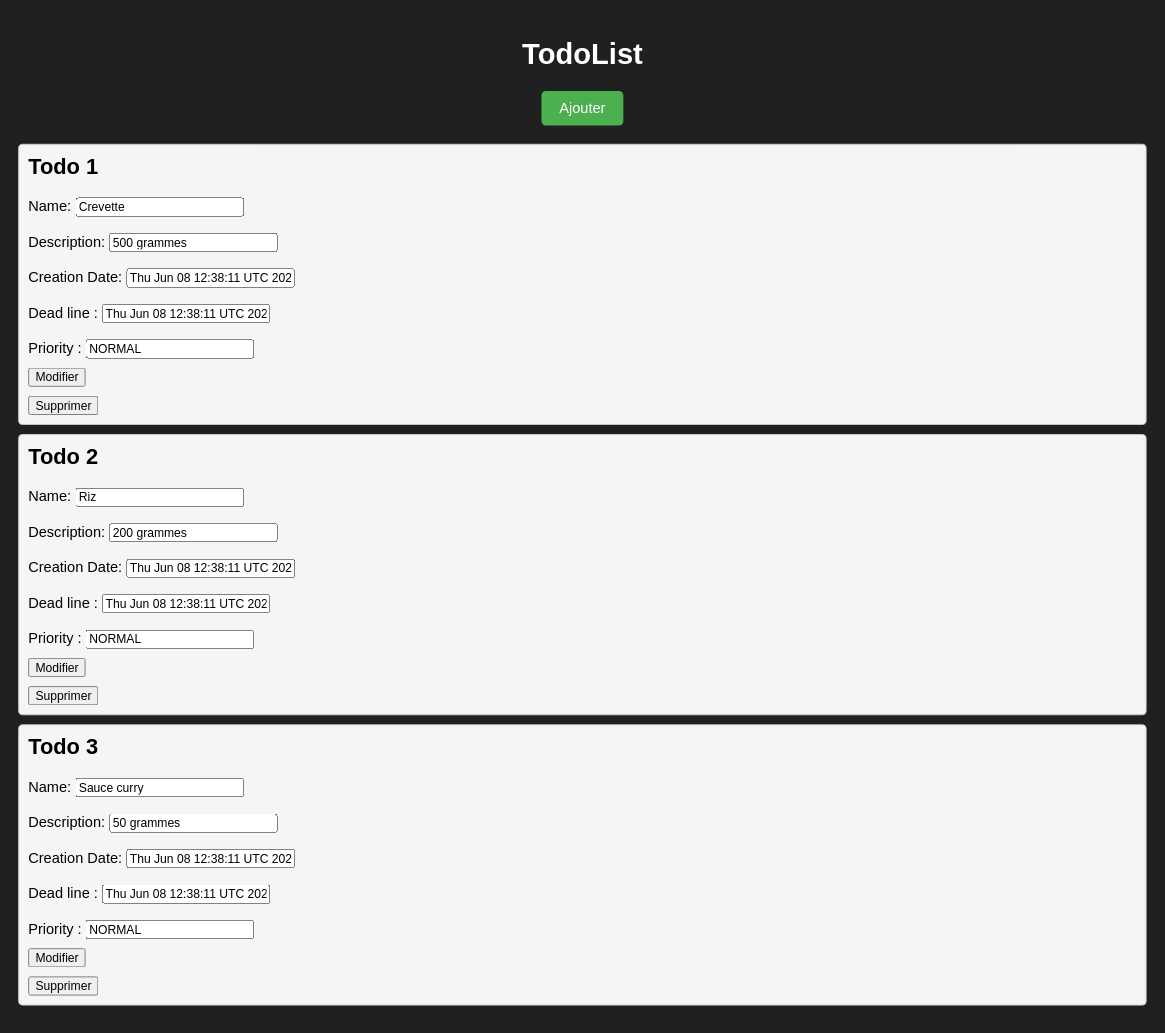
Repository: HugoGit-Hub/TodoList
Page: http://localhost/todo-list/TodoList
The author's editor kept a copy of each file at every save. The page is drawn from the files as they stood at one save, then again after the next save.
The browser window is 1280 px wide. The pictures show the whole page, at 91% of full size.
The page is served by Tomcat 9.

Above is the page before, as saved 2023-06-08 17:18:19.

After the next save:
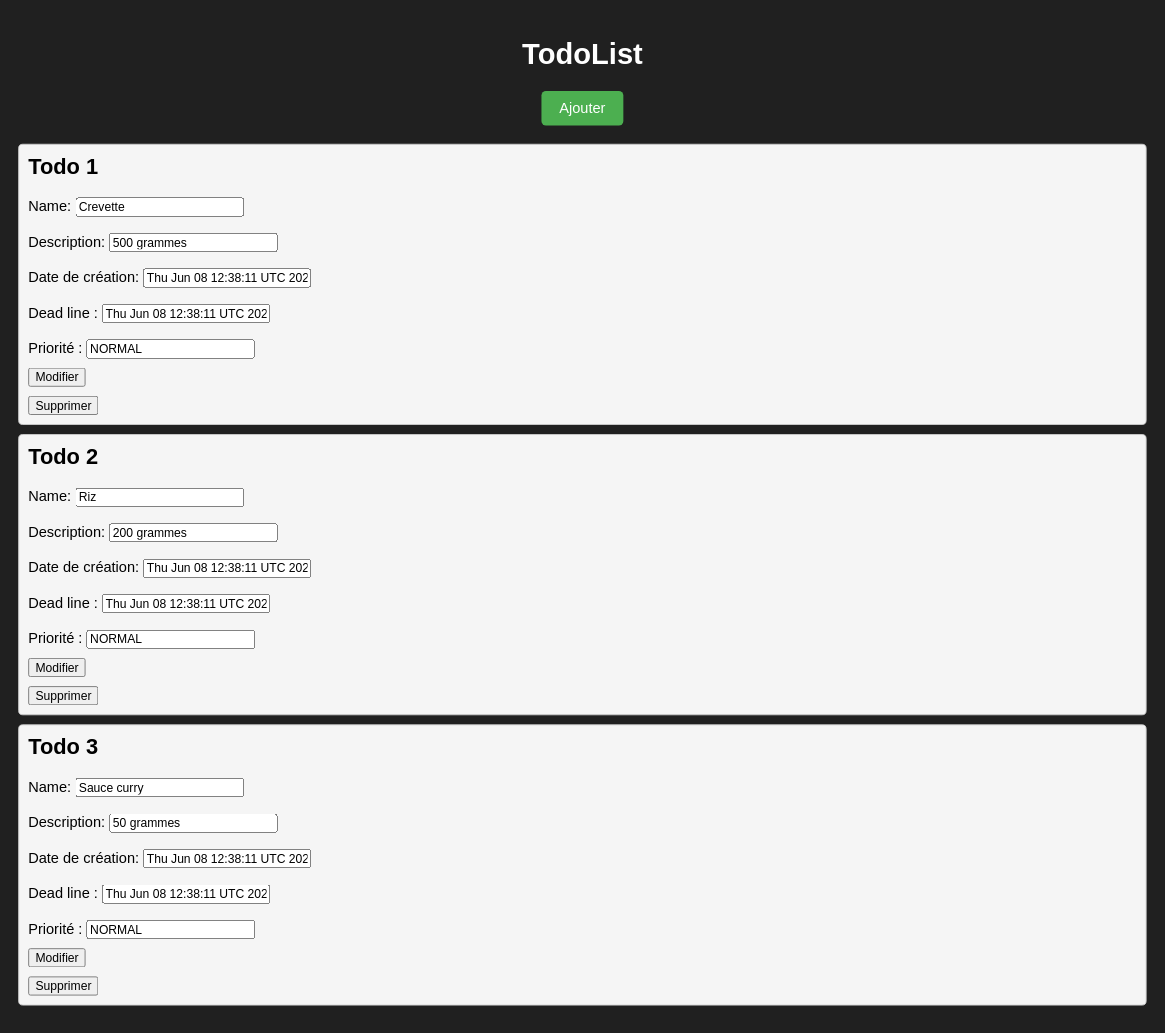
Saved 22 s later.
--- a/todo-list/src/main/webapp/jsp/todoList.jsp
+++ b/todo-list/src/main/webapp/jsp/todoList.jsp
@@ -34,13 +34,13 @@
 					 		<label for="description">Description:</label>
 							<input type="text" id="description" name="description" value="${todo.getDescription()}"><br/><br/>
 
-							<label for="creationDate">Creation Date:</label>
+							<label for="creationDate">Date de création:</label>
 							<input type="text" id="creationDate" name="creationDate" value="${todo.getCreationDate()}"><br/><br/>
 
 							<label for="deadLine">Dead line :</label>
 							<input type="text" id="deadLine" name="deadLine" value="${todo.getDeadLine()}"><br/><br/>
 
-							<label for="priority">Priority :</label>
+							<label for="priority">Priorité :</label>
 							<input type="text" id="priority" name="priority" value="${todo.getPriority()}">
 					 		<div class="buttons">
 								<input type="submit" name="action" value="Modifier">
